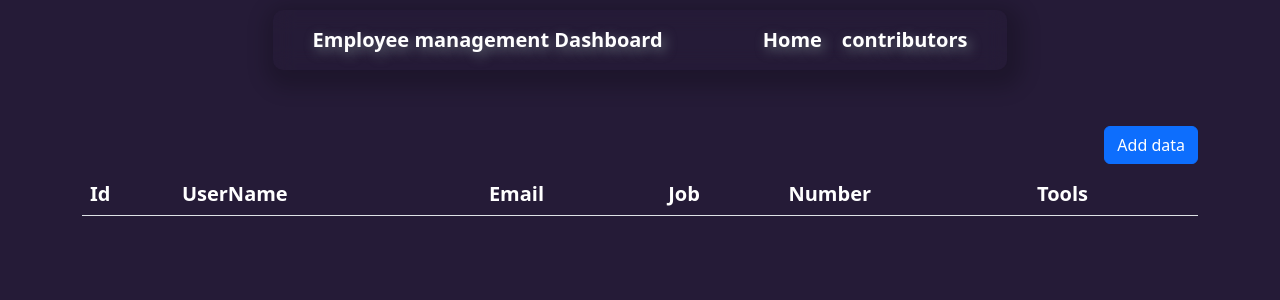
Repository: iamevs/Employee-Management-System
Page: /home (app in client/)
An editor plug-in stored every save of this project. The page is shown before and after the next save, followed by the edit.
The browser window is 1280 px wide. The pictures show the whole page.
The page's requests for data from a server got no answer. The project was rebuilt for these pictures with package versions that can differ from the ones it lists, and the page was loaded fresh each time. No one was signed in, and anything a server would have sent is missing. Also part of the build but not shown: client/vite.config.js, client/src/components/Register.jsx, client/src/components/Edit.jsx, client/src/components/Hero.jsx. Imported but missing from the stored project, and not drawn on this page: client/src/components/Details.

Above is the page before, as saved 2022-11-28 23:51:55.

### client/index.html
<html lang="en">
  <head>
    <meta charset="UTF-8" />
    <link rel="icon" type="image/svg+xml" href="/vite.svg" />
    <meta name="viewport" content="width=device-width, initial-scale=1.0" />
    <title>employee-management</title>
  </head>
  <body>
    <div id="root"></div>
    <script type="module" src="/src/main.jsx"></script>
  </body>
</html>

### client/src/main.jsx
import React, { StrictMode } from 'react';
import ReactDOM from 'react-dom';
import { createRoot } from "react-dom/client";
import './index.css';
import App from './App';
import { BrowserRouter } from "react-router-dom"
import ContextProvider from "./components/context/ContextProvider";
// root.render(
//   <StrictMode>
//   <ContextProvider>
//     <BrowserRouter>
//       <App />
//     </BrowserRouter>
//   </ContextProvider>
//   </StrictMode>
//   ,
//   document.getElementById('root')
// );


createRoot(document.getElementById('root')).render(
  <ContextProvider>
    <BrowserRouter>
      <App />
    </BrowserRouter>
  </ContextProvider>
)

### client/src/index.css
body {
  margin: 0;
  font-family: -apple-system, BlinkMacSystemFont, 'Segoe UI', 'Roboto', 'Oxygen',
    'Ubuntu', 'Cantarell', 'Fira Sans', 'Droid Sans', 'Helvetica Neue',
    sans-serif;
  -webkit-font-smoothing: antialiased;
  -moz-osx-font-smoothing: grayscale;
  background-color: #251B37 !important;
  color: #fff !important;
}

code {
  font-family: source-code-pro, Menlo, Monaco, Consolas, 'Courier New',
    monospace;
}

.btns{
  display: flex;
  justify-content: space-between;
}

### client/src/App.jsx
import './App.css';
import "../node_modules/bootstrap/dist/css/bootstrap.min.css"
import "../node_modules/bootstrap/dist/js/bootstrap.bundle.min.js"
import Navbar from './components/Navbar';
import Home from './components/Home';
import Register from './components/Register';
import Edit from './components/Edit';
import Details from './components/Details';
import Hero from "./components/Hero.jsx";
import {Routes,Route} from "react-router-dom"




function App() {
  return (
   <>
    <Navbar />
    <Routes>
      <Route path="/" element={<Hero/>} />
      <Route  path="/home" element={<Home/>} />
      <Route exact path="/register" element={<Register/>} />
      <Route exact path="/edit/:id" element={<Edit/>} />
      <Route exact path="/view/:id" element={<Details/>} />
    </Routes>

   </>
  );
}

export default App;

### client/src/components/context/ContextProvider.jsx
import React, { createContext, useState } from 'react'


export const adddata = createContext("");
export const updatedata = createContext("");
export const deldata = createContext("");

const ContextProvider = ({ children }) => {

    const [udata, setUdata] = useState("");
    const [updata, setUPdata] = useState("");
    const [dltdata, setDLTdata] = useState("");


    return (
        <adddata.Provider value={{ udata, setUdata }}>
            <updatedata.Provider value={{ updata, setUPdata }}>
                <deldata.Provider value={{dltdata, setDLTdata}}>
                    {children}
                </deldata.Provider>

            </updatedata.Provider>

        </adddata.Provider>
    )
}

export default ContextProvider;

### client/src/App.css
.add_btn{
  text-align: right;
}

.container{
  overflow: auto;
}

.left_view h3{
  font-size: 21px;
}

.left_view p{
  font-weight: 600;
}

.left_view span{
  font-weight: 400;
}

.right_view p{
  font-weight: 600;
}


.right_view span{
  font-weight: 400;
}

### client/src/components/Navbar.jsx
import React from 'react'
import { NavLink } from 'react-router-dom'
import { Box, Stack } from "@mui/material";


const Navbar = () => {
    return (
        <Stack justifyContent={"center"} direction={"row"} marginTop={"10px"}>
            <Box justifyContent={"space-between"} className="navbar navbar-expand-lg text-white" sx={{
                backgroundColor: "transparent",
                backdropFilter: "blur(10px) !important",
                position: "relative",
                color: "white",
                boxShadow: "4px 7px 20px 11px rgb(0 0 0 / 20%)",
                height: "60px",
                padding: "0 40px 0 40px",
                width: "auto",
                borderRadius: "10px"
            }}>
                <Box sx={{
                    fontSize: "20px",
                    textShadow: "3px 4px 12px #6c757d",
                    fontWeight: "bold",
                    marginRight: "100px"
                }}>Employee management Dashboard</Box>
                <Box direction={"row"}>
                    <a href="/home" style={{
                        color: "white",
                        fontSize: "20px",
                        textShadow: "3px 4px 12px #6c757d",
                        fontWeight: "bold",
                        textDecoration: "none",
                    }}>Home</a>
                    <a href="/" style={{
                        color: "white",
                        fontSize: "20px",
                        textShadow: "3px 4px 12px #6c757d",
                        fontWeight: "bold",
                        textDecoration: "none",
                        marginLeft: "20px"
                    }}>contributors</a>

                </Box>
            </Box>
        </Stack>
    )
}

export default Navbar

### client/src/components/Home.jsx
import React, { useState, useEffect, useContext } from 'react'
import ReadMoreRoundedIcon from '@mui/icons-material/ReadMoreRounded';
import CreateIcon from '@mui/icons-material/Create';
import DeleteOutlineIcon from '@mui/icons-material/DeleteOutline';
import { NavLink } from 'react-router-dom';
import { adddata, deldata } from './context/ContextProvider';
import { updatedata } from './context/ContextProvider'
import ReactTooltip from 'react-tooltip';

var getuserlink = "http://localhost:8001/getusers";


const Home = () => {

    const [getuserdata, setUserdata] = useState([]);

    console.log(getuserdata);

    const { udata, setUdata } = useContext(adddata);

    const {updata, setUPdata} = useContext(updatedata);

    const {dltdata, setDLTdata} = useContext(deldata);

    const getdata = async () => {

        const res = await fetch(getuserlink, {
            method: "GET",
            headers: {
                "Content-Type": "application/json"
            }
        });

        const data = await res.json();
        console.log(data);

        if (res.status === 422 || !data) {
            console.log("error ");

        } else {
            setUserdata(data)
            console.log("get data");

        }
    }

    useEffect(() => {
        getdata();
    }, [])

    const deleteuser = async (id) => {

        const res2 = await fetch(`/deleteuser/${id}`, {
            method: "DELETE",
            headers: {
                "Content-Type": "application/json"
            }
        });

        const deletedata = await res2.json();
        console.log(deletedata);

        if (res2.status === 422 || !deletedata) {
            console.log("error");
        } else {
            console.log("user deleted");
            setDLTdata(deletedata)
            getdata();
        }

    }


    return (

        <>
            {
                udata ?
                    <>
                        <div className="alert alert-success alert-dismissible fade show" role="alert">
                            <strong>{udata.name}</strong>  added succesfully!
                            <button type="button" className="btn-close" data-bs-dismiss="alert" aria-label="Close"></button>
                        </div>
                    </> : ""
            }
            {
                updata ?
                    <>
                        <div className="alert alert-success alert-dismissible fade show" role="alert">
                            <strong>{updata.name}</strong>  updated succesfully!
                            <button type="button" className="btn-close" data-bs-dismiss="alert" aria-label="Close"></button>
                        </div>
                    </> : ""
            }

            {
                dltdata ?
                    <>
                        <div className="alert alert-danger alert-dismissible fade show" role="alert">
                            <strong>{dltdata.name}</strong>  deleted succesfully!
                            <button type="button" className="btn-close" data-bs-dismiss="alert" aria-label="Close"></button>
                        </div>
                    </> : ""
            }


            <div className="mt-5">
                <div className="container">
                    <div className="add_btn mt-2 mb-2">
                        <NavLink to="/register" className="btn btn-primary">Add data</NavLink>
                    </div>

                    <table class="table">
                        <thead>
                            <tr className="table text-white" style={{
                                fontSize: "20px",
                            }}>
                                <th scope="col">Id</th>
                                <th scope="col">UserName</th>
                                <th scope="col">Email</th>
                                <th scope="col">Job</th>
                                <th scope="col">Number</th>
                                <th scope="col">Tools</th>
                            </tr>
                        </thead>
                        <tbody>

                            {
                                getuserdata.map((val, ind) => {
                                    return (
                                        <tr className='text-white'>
                                            <th scope="row">{ind + 1}</th>
                                            <td>{val.name}</td>
                                            <td>{val.email}</td>
                                            <td>{val.work}</td>
                                            <td>{val.mobile}</td>
                                            <td className='btns'>
                                                <NavLink to={`/view/${val._id}`} className="btn text-white" data-tip="More Details"><ReadMoreRoundedIcon/></NavLink>
                                                <NavLink to={`/update/${val._id}`} className="btn btn-success"><CreateIcon /></NavLink>
                                                <button onClick={() => deleteuser(val._id)} className="btn btn-danger"><DeleteOutlineIcon /></button>
                                                <ReactTooltip />
                                            </td>
                                        </tr>
                                    )
                                })
                            }
                        </tbody>
                    </table>


                </div>
            </div>
        </>
    )
}

export default Home

After the next save:
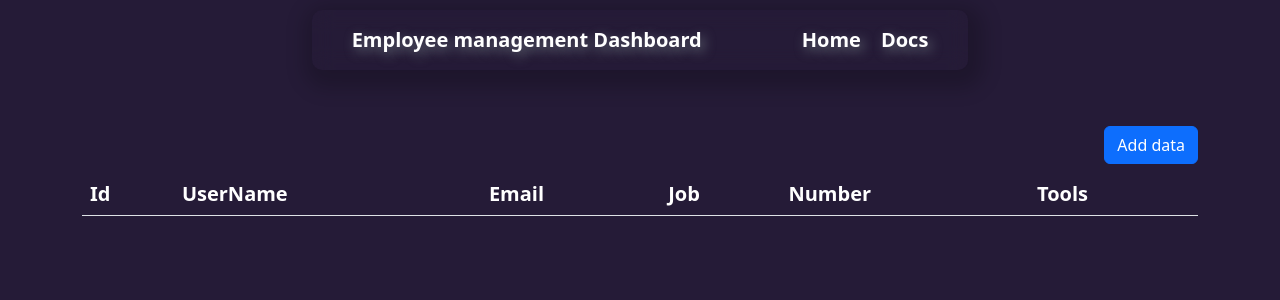
Saved 33 s later.
--- a/client/src/components/Navbar.jsx
+++ b/client/src/components/Navbar.jsx
@@ -38,7 +38,7 @@ const Navbar = () => {
                         fontWeight: "bold",
                         textDecoration: "none",
                         marginLeft: "20px"
-                    }}>contributors</a>
+                    }}>Docs</a>
 
                 </Box>
             </Box>
